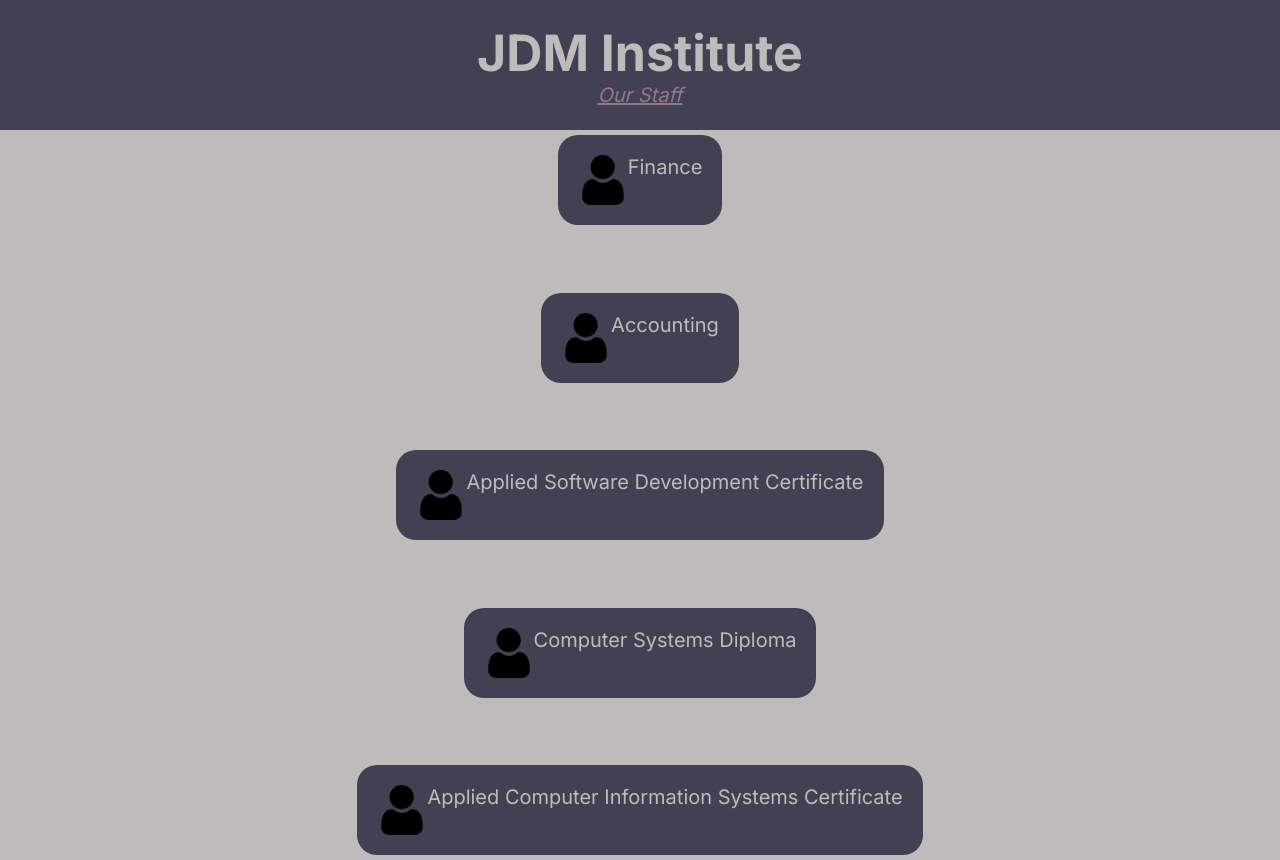
Repository: jennydmcm/class03practice
Page: /
These files come from the project's save history. The page is drawn as it stood at one moment and after the next save; the edit follows.
The browser window is 1280 px wide. The pictures show the whole page.
The project was rebuilt for these pictures with package versions that can differ from the ones it lists, and the page was loaded fresh each time. The framework's server and built-in components were replaced by stand-ins that run in the browser. Also part of the build but not shown: next.config.js.

Above is the page before, as saved 2023-01-25 12:36:04.

### pages/index.js
import Head from 'next/head'
import Image from 'next/image'
import { Inter } from '@next/font/google'
import styles from '@/styles/Home.module.css'
import data from '../data/education.json'
import { useState } from 'react'
import Card from '@/components/Card/index'
import Link from 'next/link'


const inter = Inter({ subsets: ['latin'] })

export default function Home() {
  const [information, setInformation] = useState([...data])

  return (
    <>
      <Head>
        <title>JDM Institute</title>
        <meta name="description" content="Generated by create next app" />
        <meta name="viewport" content="width=device-width, initial-scale=1" />
        <link rel="icon" href="/favicon.ico" />
      </Head>
      <main className={styles.main}>
        <div className={styles.navbar}>
          <div className={styles.navtitle}>JDM Institute</div>
          <div className={styles.navbutton}>
            <Link className={styles.link} href="about">Our Staff</Link>
          </div>
        </div>

      <div className={styles.cards}>
        {
          information && information.map((info, index) => {
            if(info.department.toLowerCase() === "business"){
              return (
                <Card
                  key={index}
                  degree={info.degree}
                  gpa={info.gpa}
                  colourCard="#FAC9B8"
                  colourInfo="#3FAC9B8"
                  font="50px"
                  fontColour="#132A13"

                />
              )
            }
          })
        }

        {
          information && information.map((info, index) => {
            if(info.department.toLowerCase() === "computing"){
              return (
                <Card
                  key={index}
                  degree={info.degree}
                  gpa={info.gpa}
                  colourCard="#FAC9B8"
                  colourInfo="#FAC9B8"
                  font="50px"
                  fontColour="#132A13"

                />
              )
            }
          })
        }
        </div>
      </main>
    </>
  )
      }

### styles/Home.module.css
.main {
  display: flex;
  flex-direction: column;
  justify-content: space-between;
  align-items: center;
  background-color: #BEBBBB;
}



.navbar{
  display: flex;
  flex-direction: column;
  width: 100%;
  height: 130px;
  background-color: #444054;
  justify-content: center;
  align-items: center;

}

.navtitle{
  font-size: 50px;
  font-weight: bold;
  font-family: 'Inter';
  color: #BEBBBB;
}
.link{
  font-size: 20px;
  font-family: 'Inter';
  color: #94778B;
  font-style: italic;
  text-decoration: underline;
}
.cards{
  display: flex;
  flex-direction: column;
  align-items: center;
  margin: 5px;
  gap: 20px;
  min-height: 100vh;
  background-color: #BEBBBB;
  justify-content: space-between;
  font-family: 'Inter';
  border-radius: 10px;
  color: #BEBBBB;
}


.description {
  display: inherit;
  justify-content: inherit;
  align-items: inherit;
  font-size: 1rem;
  max-width: var(--max-width);
  width: 100%;
  z-index: 2;
  font-family: var(--font-mono);
}

.description a {
  display: flex;
  justify-content: center;
  align-items: center;
  gap: 1rem;
}

.description p {
  position: relative;
  margin: 0;
  padding: 1rem;
  background-color: rgba(var(--callout-rgb), 0.5);
  border: 1px solid rgba(var(--callout-border-rgb), 0.3);
  border-radius: var(--border-radius);
}

.code {
  font-weight: 700;
  font-family: var(--font-mono);
}

.grid {
  display: grid;
  grid-template-columns: repeat(4, minmax(25%, auto));
  width: var(--max-width);
  max-width: 100%;
}

.card {
  padding: 1rem 1.2rem;
  border-radius: var(--border-radius);
  background: rgba(var(--card-rgb), 0);
  border: 1px solid rgba(var(--card-border-rgb), 0);
  transition: background 200ms, border 200ms;
}

.card span {
  display: inline-block;
  transition: transform 200ms;
}

.card h2 {
  font-weight: 600;
  margin-bottom: 0.7rem;
}

.card p {
  margin: 0;
  opacity: 0.6;
  font-size: 0.9rem;
  line-height: 1.5;
  max-width: 30ch;
}

.center {
  display: flex;
  justify-content: center;
  align-items: center;
  position: relative;
  padding: 4rem 0;
}

.center::before {
  background: var(--secondary-glow);
  border-radius: 50%;
  width: 480px;
  height: 360px;
  margin-left: -400px;
}

.center::after {
  background: var(--primary-glow);
  width: 240px;
  height: 180px;
  z-index: -1;
}

.center::before,
.center::after {
  content: '';
  left: 50%;
  position: absolute;
  filter: blur(45px);
  transform: translateZ(0);
}

.logo,
.thirteen {
  position: relative;
}

.thirteen {
  display: flex;
  justify-content: center;
  align-items: center;
  width: 75px;
  height: 75px;
  padding: 25px 10px;
  margin-left: 16px;
  transform: translateZ(0);
  border-radius: var(--border-radius);
  overflow: hidden;
  box-shadow: 0px 2px 8px -1px #0000001a;
}

.thirteen::before,
.thirteen::after {
  content: '';
  position: absolute;
  z-index: -1;
}

/* Conic Gradient Animation */
.thirteen::before {
  animation: 6s rotate linear infinite;
  width: 200%;
  height: 200%;
  background: var(--tile-border);
}

/* Inner Square */
.thirteen::after {
  inset: 0;
  padding: 1px;
  border-radius: var(--border-radius);
  background: linear-gradient(
    to bottom right,
    rgba(var(--tile-start-rgb), 1),
    rgba(var(--tile-end-rgb), 1)
  );
  background-clip: content-box;
}

/* Enable hover only on non-touch devices */
@media (hover: hover) and (pointer: fine) {
  .card:hover {
    background: rgba(var(--card-rgb), 0.1);
    border: 1px solid rgba(var(--card-border-rgb), 0.15);
  }

  .card:hover span {
    transform: translateX(4px);
  }
}

@media (prefers-reduced-motion) {
  .thirteen::before {
    animation: none;
  }

  .card:hover span {
    transform: none;
  }
}

/* Mobile */
@media (max-width: 700px) {
  .content {
    padding: 4rem;
  }

  .grid {
    grid-template-columns: 1fr;
    margin-bottom: 120px;
    max-width: 320px;
    text-align: center;
  }

  .card {
    padding: 1rem 2.5rem;
  }

  .card h2 {
    margin-bottom: 0.5rem;
  }

  .center {
    padding: 8rem 0 6rem;
  }

  .center::before {
    transform: none;
    height: 300px;
  }

  .description {
    font-size: 0.8rem;
  }

  .description a {
    padding: 1rem;
  }

  .description p,
  .description div {
    display: flex;
    justify-content: center;
    position: fixed;
    width: 100%;
  }

  .description p {
    align-items: center;
    inset: 0 0 auto;
    padding: 2rem 1rem 1.4rem;
    border-radius: 0;
    border: none;
    border-bottom: 1px solid rgba(var(--callout-border-rgb), 0.25);
    background: linear-gradient(
      to bottom,
      rgba(var(--background-start-rgb), 1),
      rgba(var(--callout-rgb), 0.5)
    );
    background-clip: padding-box;
    backdrop-filter: blur(24px);
  }

  .description div {
    align-items: flex-end;
    pointer-events: none;
    inset: auto 0 0;
    padding: 2rem;
    height: 200px;
    background: linear-gradient(
      to bottom,
      transparent 0%,
      rgb(var(--background-end-rgb)) 40%
    );
    z-index: 1;
  }
}

/* Tablet and Smaller Desktop */
@media (min-width: 701px) and (max-width: 1120px) {
  .grid {
    grid-template-columns: repeat(2, 50%);
  }
}

@media (prefers-color-scheme: dark) {
  .vercelLogo {
    filter: invert(1);
  }

  .logo,
  .thirteen img {
    filter: invert(1) drop-shadow(0 0 0.3rem #ffffff70);
  }
}

@keyframes rotate {
  from {
    transform: rotate(360deg);
  }
  to {
    transform: rotate(0deg);
  }
}

### data/education.json
[
        {
            "studentNumber": "A0004567",
            "firstName": "Person 1",
            "gpa": 3.8,
            "department": "Business",
            "degree": "Finance",
            "graduated": 2014
        },
        {
            "studentNumber": "A0001234",
            "firstName": "Person 2",
            "gpa": 3.5,
            "department": "Business",
            "degree": "Accounting",
            "graduated": 2010
        },
        {
            "studentNumber": "A0007890",
            "firstName": "Person 3",
            "gpa": 3.2,
            "department": "Computing",
            "degree": "Applied Software Development Certificate",
            "graduated": 2018
        },
        {
            "studentNumber": "A0007828",
            "firstName": "Person 4",
            "gpa": 3.9,
            "department": "Computing",
            "degree": "Computer Systems Diploma",
            "graduted": 2021
        },
        {
            "studentNumber": "A0003425",
            "firstName": "Person 5",
            "gpa": 3.2,
            "department": "Computing",
            "degree": "Applied Computer Information Systems Certificate",
            "graduated": 2021
        }
]

### components/Card/index.js
export default function Card({
    degree="none",
    colour="#444054",
    font="0",
    image="icon/personTwo.png",

}) {
    return(
        <div style={{
            backgroundColor: colour,
            fontSize:"20px",
            padding:"20px",
            borderRadius:"20px",
            display:"flex",
            flexDirection:"row",
            justifyContent:"center"




            }}>
            {
                colour === "#94778B" ?    <img src={'icon/person.png'} width='50'/> :
                colour === "#94778B" ?   <img src={'icon/personThree.png'} width='50'/> :
                                    <img src={image} width='50'/>
            }
            {degree}
        </div>
    )
}

Loaded but not shown: pages/_app.js (common file); pages/_document.js (common file); styles/globals.css (common file)

After the next save:
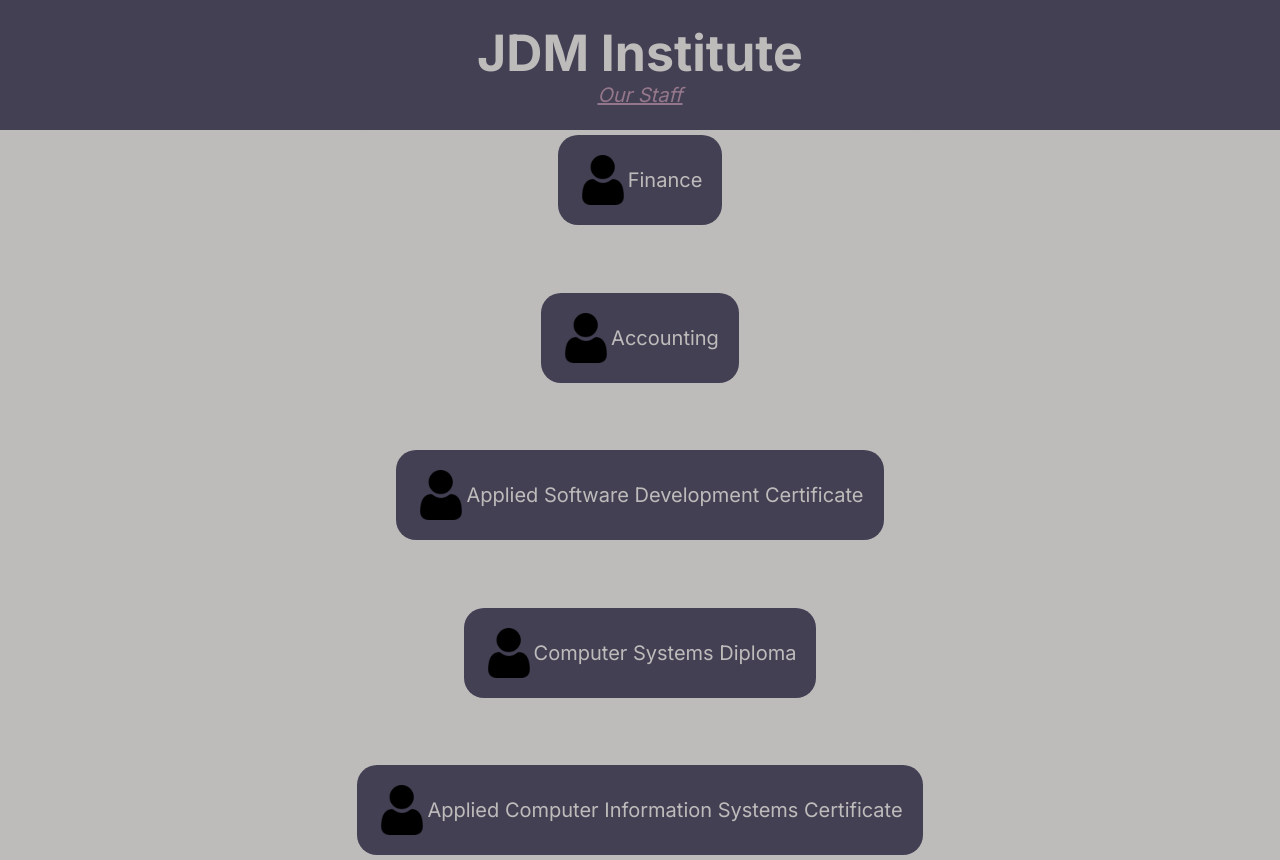
Saved 15 s later.
--- a/components/Card/index.js
+++ b/components/Card/index.js
@@ -13,7 +13,8 @@ export default function Card({
             borderRadius:"20px",
             display:"flex",
             flexDirection:"row",
-            justifyContent:"center"
+            justifyContent:"center",
+            alignItems:"center"
 
 
 
